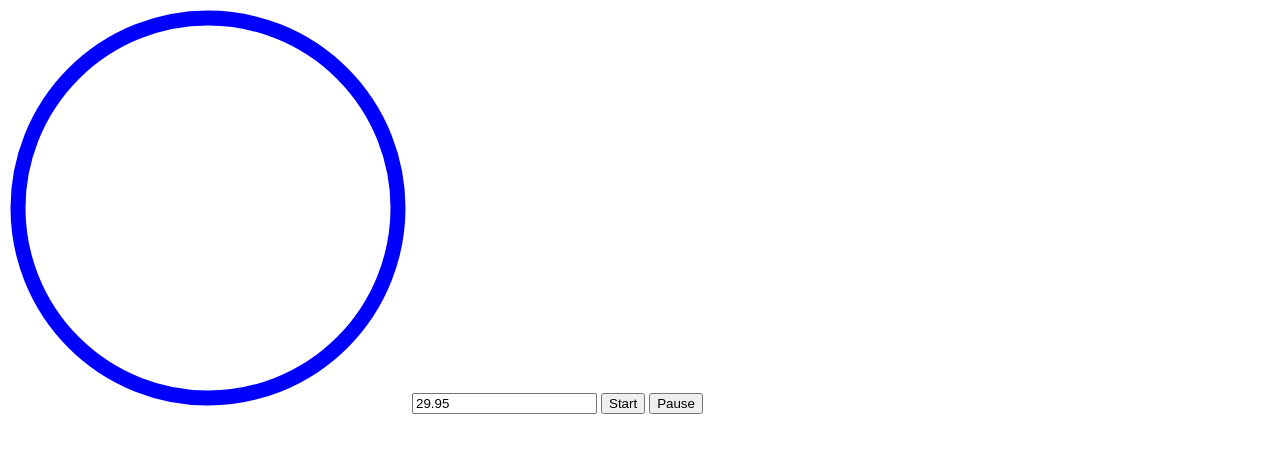
Repository: zhapar/JS-Bootcamp
Page: 1. Timer/index.html
The author's editor kept a copy of each file at every save. The page is drawn from the files as they stood at one save, then again after the next save.
The browser window is 1280 px wide. The pictures show the whole page.
After loading, the first visible `#start` was clicked once.

Above is the page before, as saved 2020-07-09 17:29:36.
Console error: TypeError: this.onTick is not a function

After the next save:
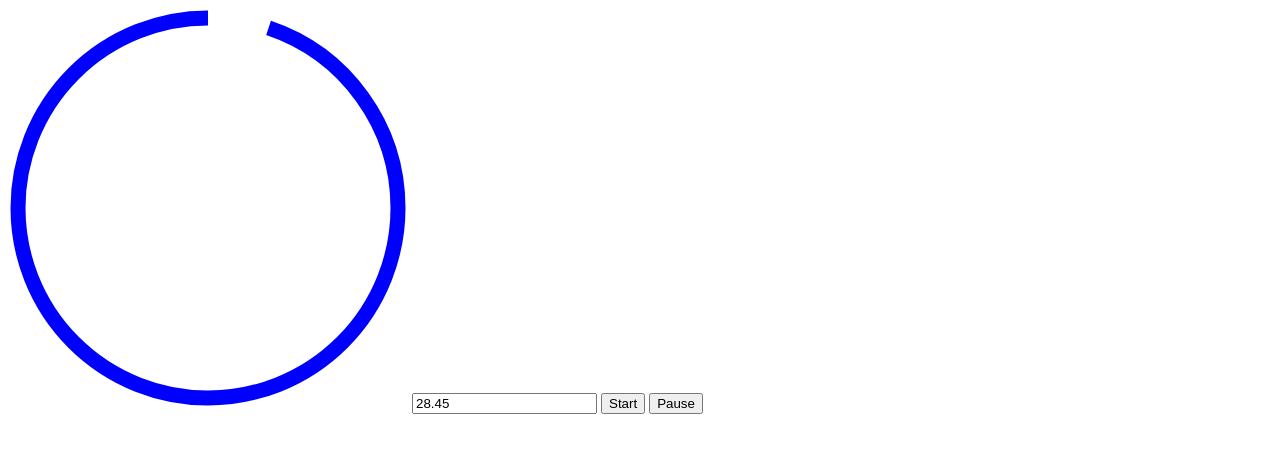
The error is gone.
Saved 72 s later.
--- a/1. Timer/app.js
+++ b/1. Timer/app.js
@@ -9,11 +9,14 @@ circle.setAttribute("stroke-dasharray", perimeter);
 
 let duration = 0;
 const timer = new Timer(durationInput, startButton, pauseButton, {
-  onStart(timeRemaining) {
-    duration = timeRemaining;
+  onStart(durationTime) {
+    duration = durationTime;
   },
-  inTick() {
-    circle.setAttribute("stroke-dashoffset", currentOffset);
+  onTick(timeRemaining) {
+    circle.setAttribute(
+      "stroke-dashoffset",
+      (perimeter * timeRemaining) / duration - perimeter
+    );
   },
   onComplete() {
     console.log("Timer is completed");
